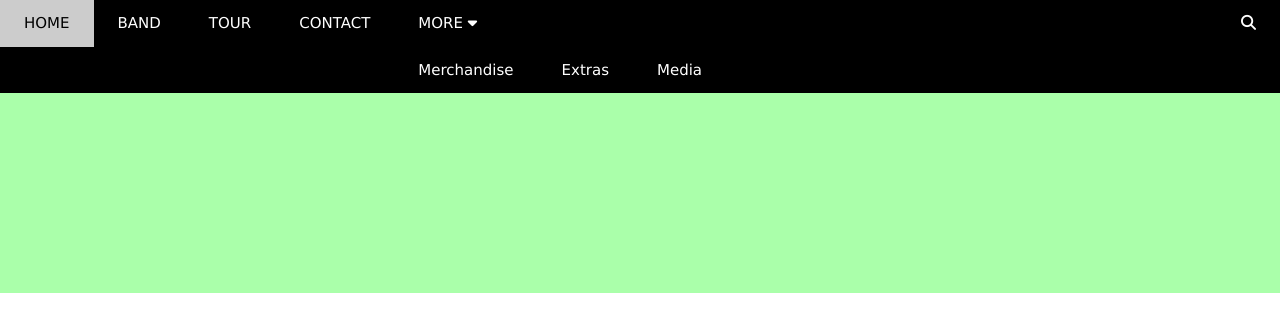
Repository: tam1512/The-Band
Page: index.html
These files come from the project's save history. The page is drawn as it stood at one moment and after a run of saves; the edit follows.
The browser window is 1280 px wide. The pictures show the whole page.
Some web libraries are served in a nearby version.

Above is the page before, as saved 2022-07-21 10:41:11.

After the next 2 saves:
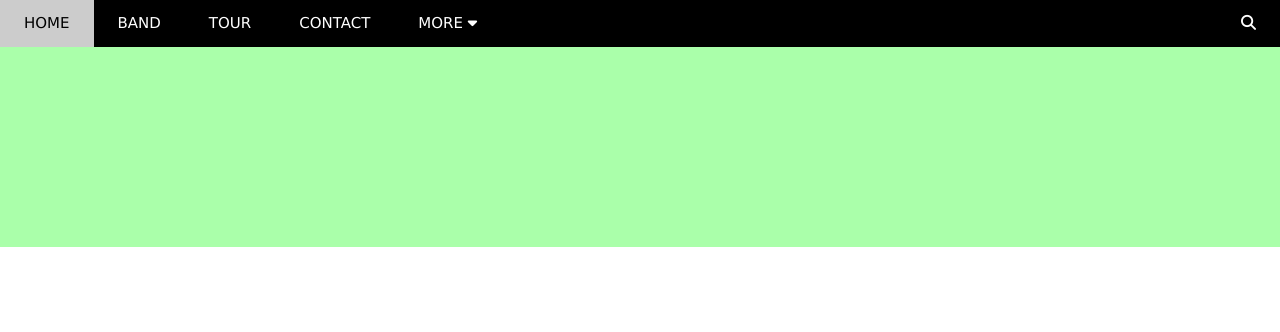
The 2 saves are shown as one change because they came seconds apart.
The last was saved 8 s later.
--- a/index.html
+++ b/index.html
@@ -23,11 +23,11 @@
           <li><a href="#tour">TOUR</a></li>
           <li><a href="#contact">CONTACT</a></li>
           <li class="dropdown">
-            <a class="dropbtn">
+            <a href="javascript:void(0)" class="dropbtn">
               MORE
               <i class="fa-solid fa-caret-down"></i>
             </a>
-            <ul class="dropdown-content">
+            <ul id="sub-more">
               <li><a href="#">Merchandise</a></li>
               <li><a href="#">Extras</a></li>
               <li><a href="#">Media</a></li>

After the save that followed:
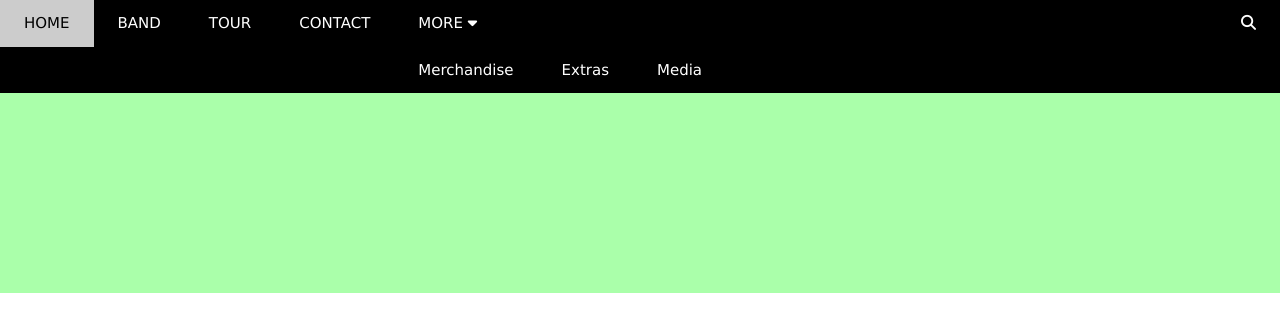
Saved 40 s later.
--- a/index.html
+++ b/index.html
@@ -27,7 +27,7 @@
               MORE
               <i class="fa-solid fa-caret-down"></i>
             </a>
-            <ul id="sub-more">
+            <ul class="dropdown-content">
               <li><a href="#">Merchandise</a></li>
               <li><a href="#">Extras</a></li>
               <li><a href="#">Media</a></li>
